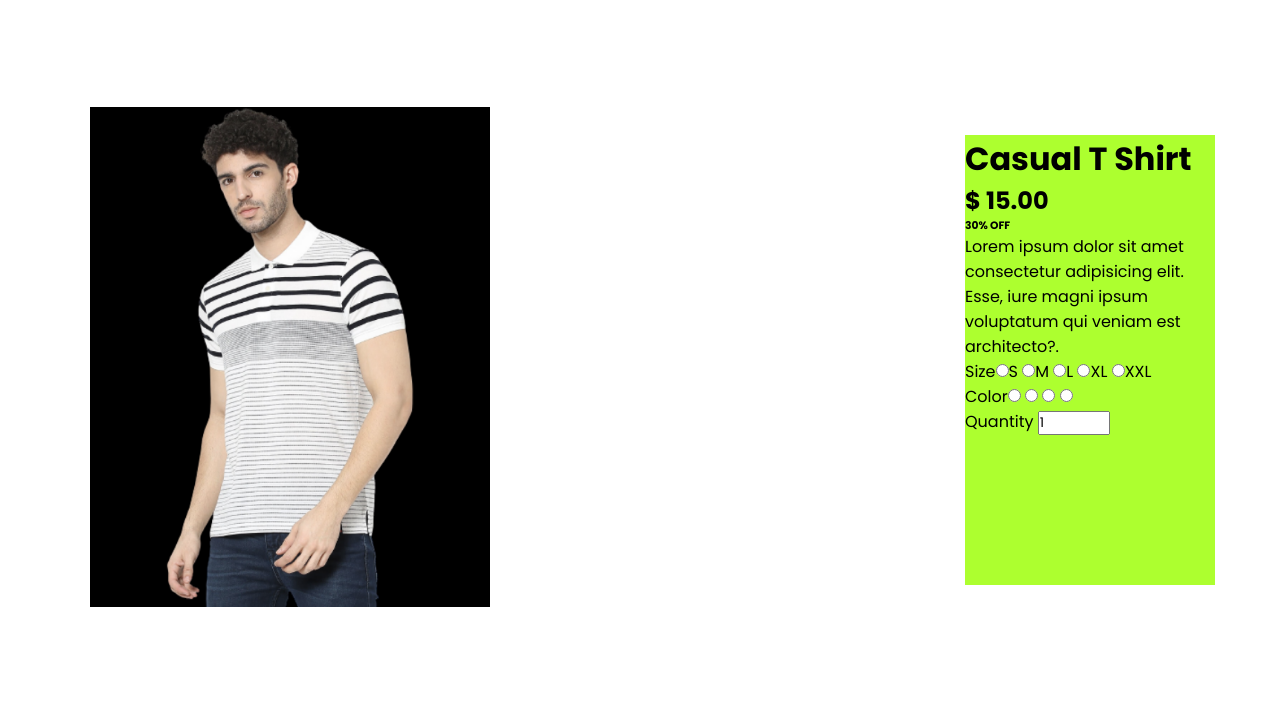
Repository: Ankitkr2021/Product-Page
Page: index.html
An editor plug-in stored every save of this project. The page is shown before and after the next save, followed by the edit.
The browser window is 1280 px wide. The pictures show the whole page.

Above is the page before, as saved 2025-10-24 10:25:00.

After the next save:
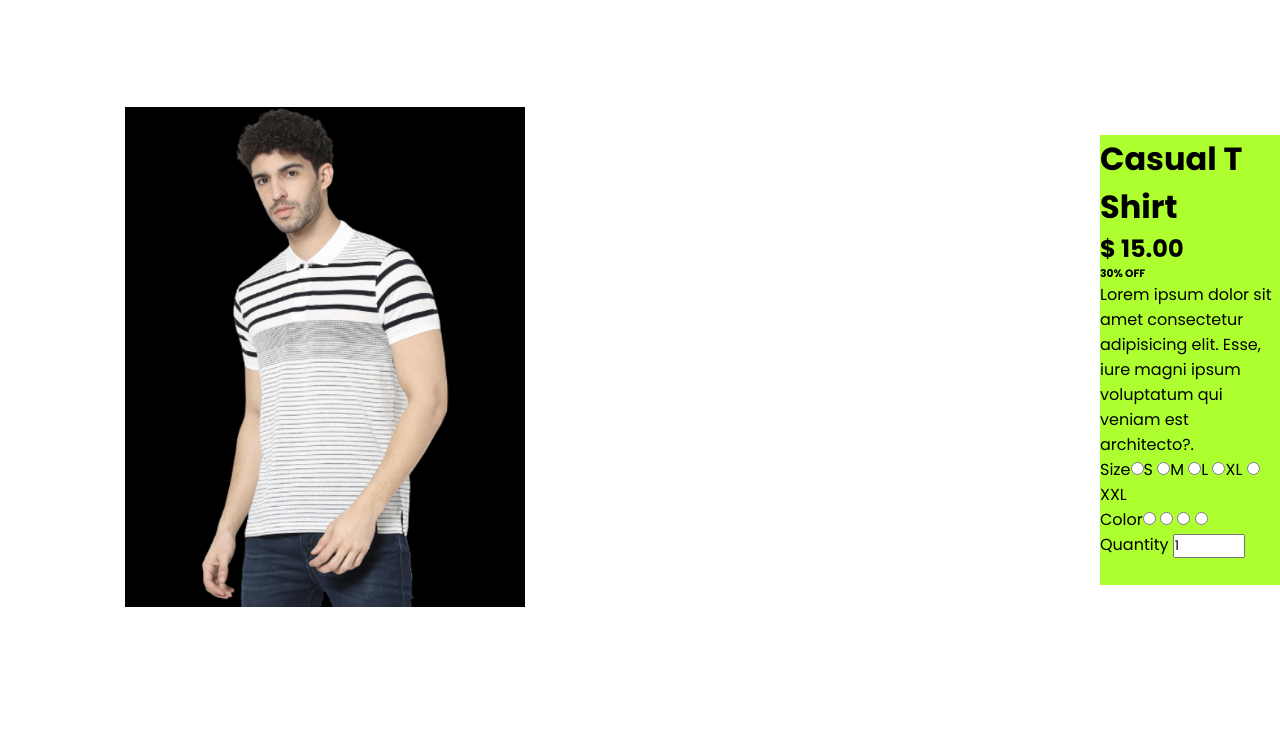
Saved 7 s later.
--- a/style.css
+++ b/style.css
@@ -17,7 +17,7 @@
 
 .left {
 
-    padding: 25px;
+    padding: 125px;
 }
 
 .left img {
